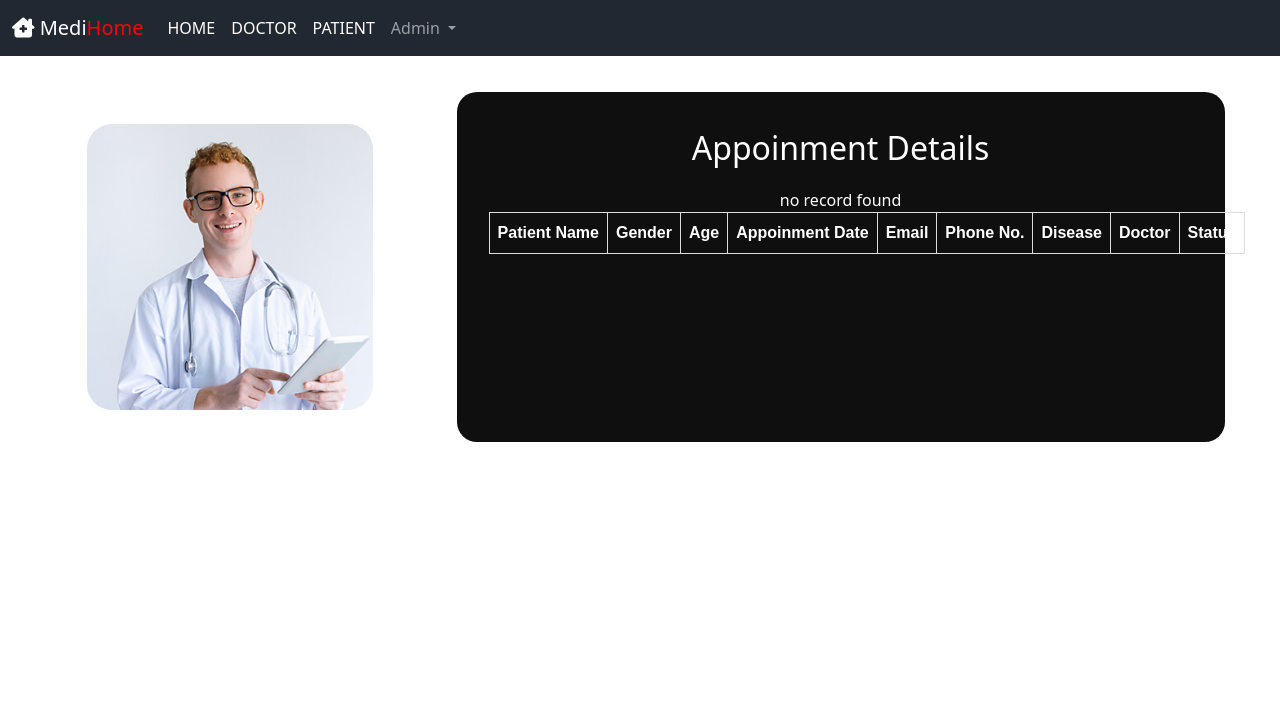
Repository: SparshGarg1/Hospital-Management-System
Page: http://localhost/Hospital/adminpatient.jsp
An editor plug-in stored every save of this project. The page is shown before and after the next save, followed by the edit.
The browser window is 1280 px wide. The pictures show the whole page.
Some web libraries are served in a nearby version. The page is served by Tomcat 9. Queries for data that is not in the repository find no rows.

Above is the page before, as saved 2022-08-21 06:04:51.

After the next save:
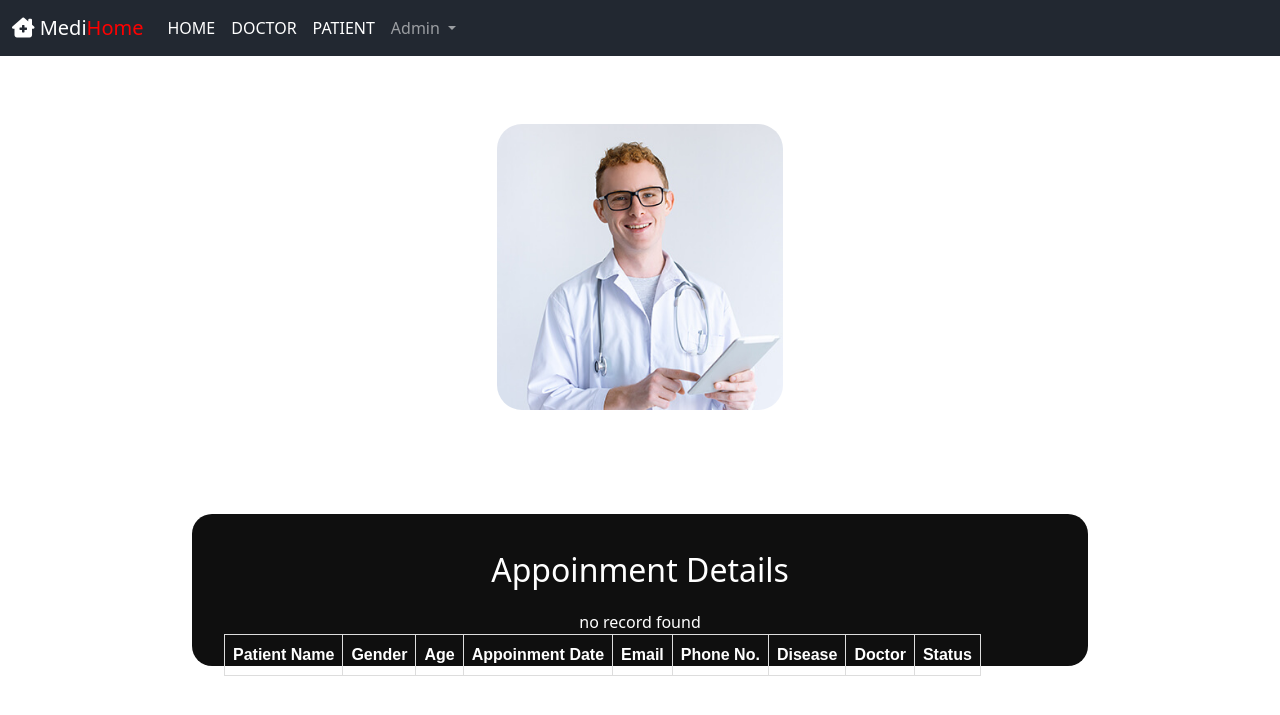
Saved 10 s later.
--- a/Hospital/WebContent/adminpatient.jsp
+++ b/Hospital/WebContent/adminpatient.jsp
@@ -32,7 +32,7 @@
         .show1{
             text-align: center;
             margin: 5vh 2vw;
-            width:60%;
+            width:70%;
             background: rgb(15, 15, 15);
             border-radius: 20px;
             color: white;
